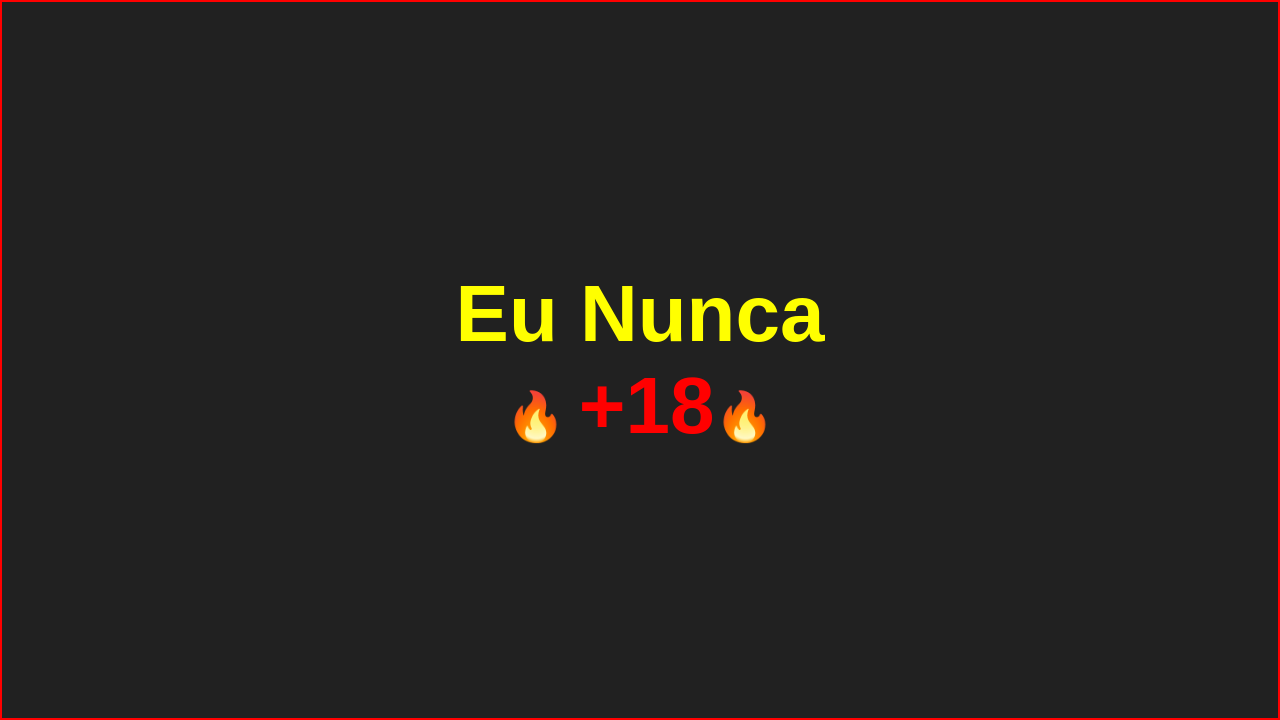
Repository: odiloalmeida/inever
Page: index.html
An editor plug-in stored every save of this project. The page is shown before and after the next save, followed by the edit.
The browser window is 1280 px wide. The pictures show the whole page.

Above is the page before, as saved 2023-01-31 20:27:01.

### index.html
<!DOCTYPE html>
<html lang="en">
<head>
    <meta charset="UTF-8">
    <meta http-equiv="X-UA-Compatible" content="IE=edge">
    <meta name="viewport" content="width=device-width, initial-scale=1.0">
    <link rel="stylesheet" href="./style.css">
    <title>18+ I Never</title>

</head>

<body>
    <button id="myButton" onclick="changeButtonName()"><span>Eu Nunca </span><br> &#128293 <span2>+18</span2>&#128293</button>
</body>

<script>

    function changeButtonName() {
        var button = document.getElementById("myButton");

        var names = ["Beijei alguém dessa turma",
        "Senti atração por alguém dessa turma",
        "Tomei banho pelado na praia/piscina",
        "Fiquei com um professor",
        "Fiquei com um amigo e me arrependi",
        "Fiquei com um amigo e não disse pra ninguém",
        "Menti sobre ter ficado com uma pessoa",
        "Bebi tanto que beijei alguém que não queria",
        "Bebi tanto que esqueci tudo no outro dia",
        "Vi um nudes de alguém dessa turma",
        "Desejei o namorado(a) de um amigo",
        "Fiquei com alguém por interesse",
        "Acelerei o ato sexual por que o oral estava ruim",
        "Bebi pra ter coragem de chegar numa pessoa",
        "Transei na escola ou faculdade",
        "Transei no chão",
        "Fiz sexo oral enquanto a pessoa trabalhava",
        "Fiz sexo oral enquanto a pessoa dirigia",
        "Usei fantasias sexuais",
        "Usei plug anal",
        "Usei um vibrador",
        "Fiquei com alguém depois neguei pra todo mundo",
        "Disse pra uma pessoa que a amava sem amar",
        "Transei no carro",
        "Broxei no meio do ato sexual",
        "Desisti de ficar com uma pessoa por que ela estava fedendo",
        "Fui chupar e estava fedendo muito e desisti",
        "Me masturbei depois do ato sexual por que não conseguir “chegar lá” com o parceiro",
        "Fiquei com dois amigos ao mesmo tempo sem eles saberem",
        "Parei o ato sexual para ir fazer xixi",
        "Fiz a chuca",
        "Transei na rua",
        "Paguei por sexo",
        "Fiz sexo por dinheiro",
        "Dei um beijo triplo",
        "Voltaria com um ex",
        "Fiquei com uma pessoa em um lugar e logo em seguida fui para outro lugar ficar com outra (trocar palavras)",
        "Tirei fotos pelado(a)",
        "Fiquei com alguém para fazer ciúme a outro",
        "Sofri por amor",
        "Sofri por ficante",
        "Espiei alguém tomando banho",
        "Tomei banho com alguém",
        "Enfiei o dedo no orifício de alguém (kkkk)"

        ];

        var randomName = names[Math.floor(Math.random() * names.length)];
        button.innerHTML = randomName;
    }

</script>

</html>

### style.css
* {
    padding: 0;
    margin: 0;
    box-sizing: border-box;
}

body {
    width: 100vw;
    height: 100vh;
    background-color: #212121;
    display: flex;
    flex-direction: column;
    align-items: center;
    justify-content: center;
}

button {
    background-color: transparent;
    height: 100vh;
    width: 100vw;
    border: red 2px solid;
    color: #f1f1f1;
    font-weight: bold;
    font-size: 3rem;
    padding: 5px;
}

button span {
    color: yellow;
    font-size: 5rem;
}

button span2 {
    color: red;
    font-size: 5rem;
}

After the next save:
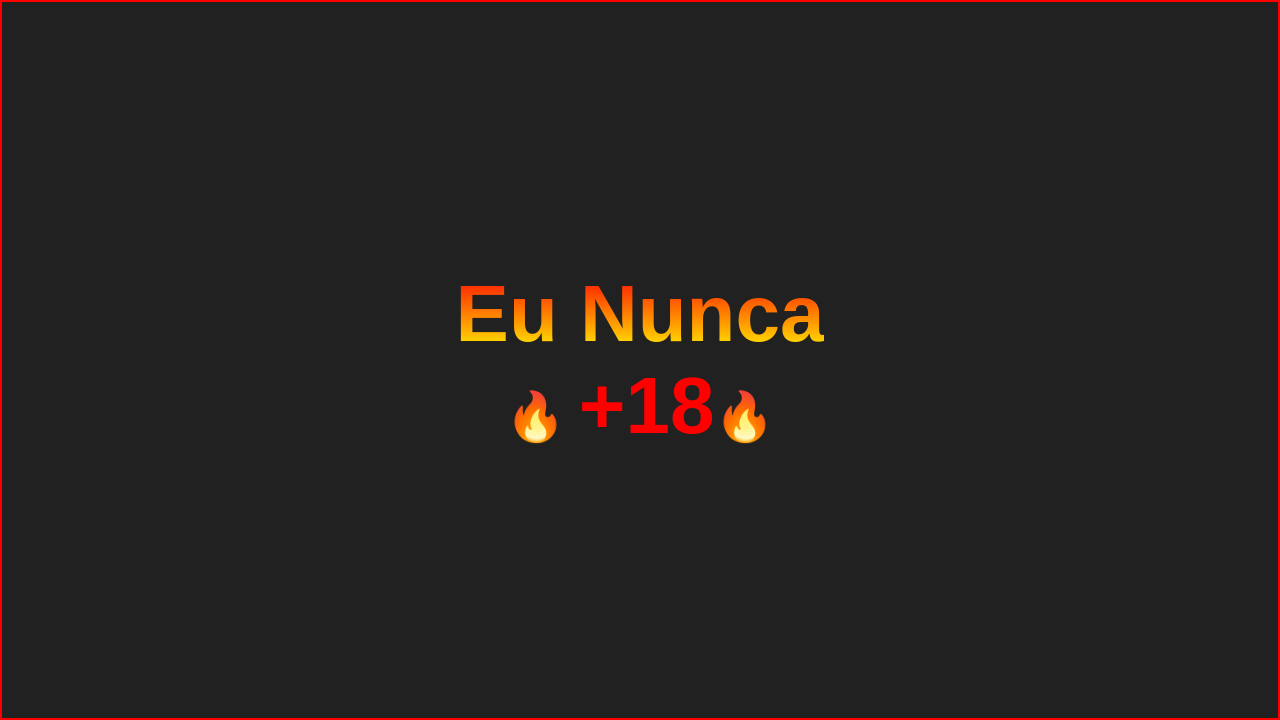
Saved 3 min 44 s later.
--- a/style.css
+++ b/style.css
@@ -26,7 +26,11 @@ button {
 }
 
 button span {
-    color: yellow;
+    background-image: linear-gradient(to bottom, red, yellow);
+    background-clip: text;
+    -webkit-background-clip: text;
+    -webkit-text-fill-color: transparent;
+color: black;
     font-size: 5rem;
 }
 
